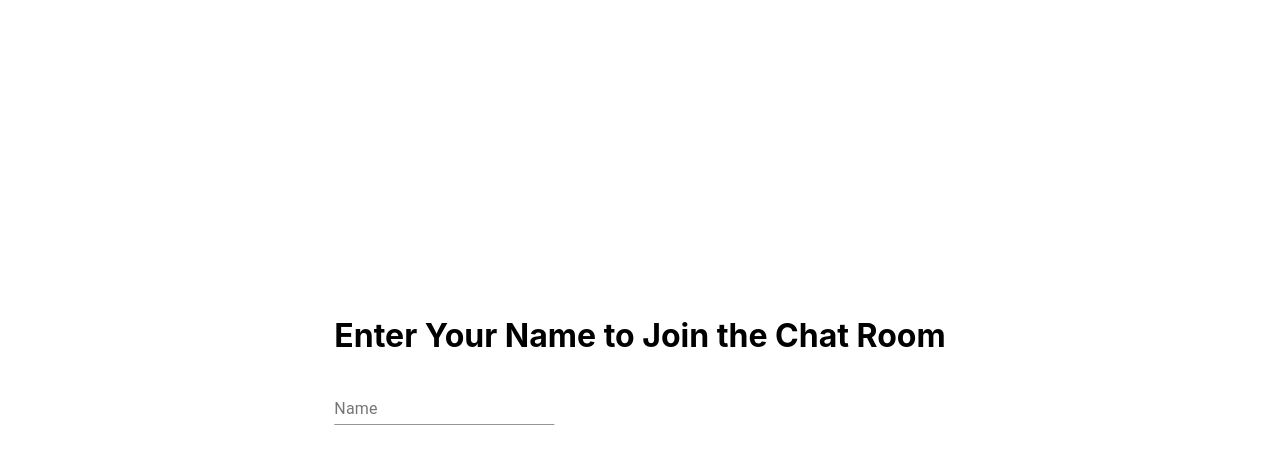
Repository: BarclayRkts/ChatApp
Page: / (app in client/)
An editor plug-in stored every save of this project. The page is shown before and after the next save, followed by the edit.
The browser window is 1280 px wide. The pictures show the whole page.
The project was rebuilt for these pictures with package versions that can differ from the ones it lists, and the page was loaded fresh each time.

Above is the page before, as saved 2021-05-02 14:35:09.

After the next save:
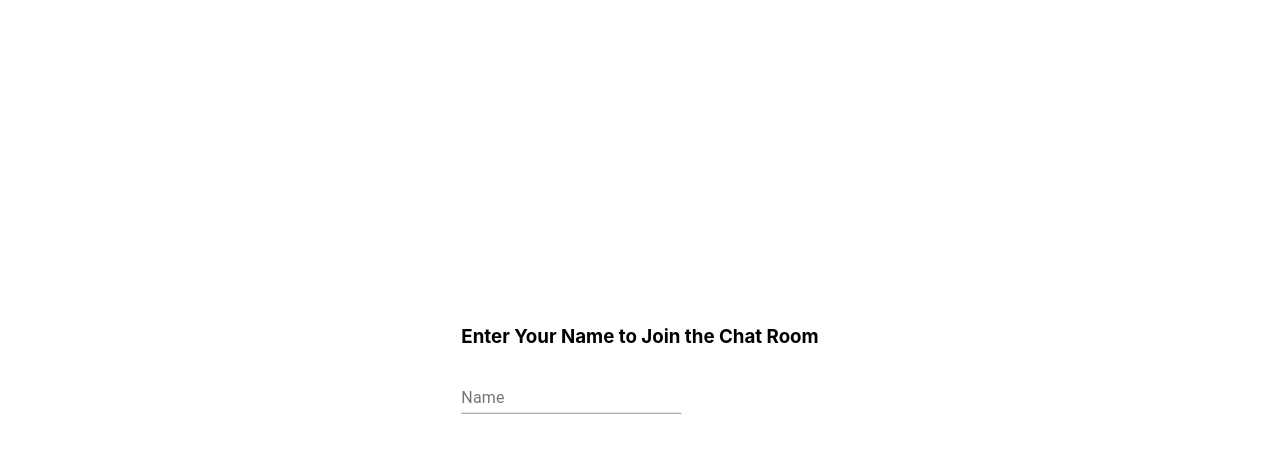
Saved 8 s later.
--- a/client/src/components/LandingPage.js
+++ b/client/src/components/LandingPage.js
@@ -7,7 +7,7 @@ export default function LandingPage() {
 
     return (
         <form className="textFieldBox">
-        <h1>Enter Your Name to Join the Chat Room</h1>
+        <h3>Enter Your Name to Join the Chat Room</h3>
         <TextField
             name="name"
             value={name}
